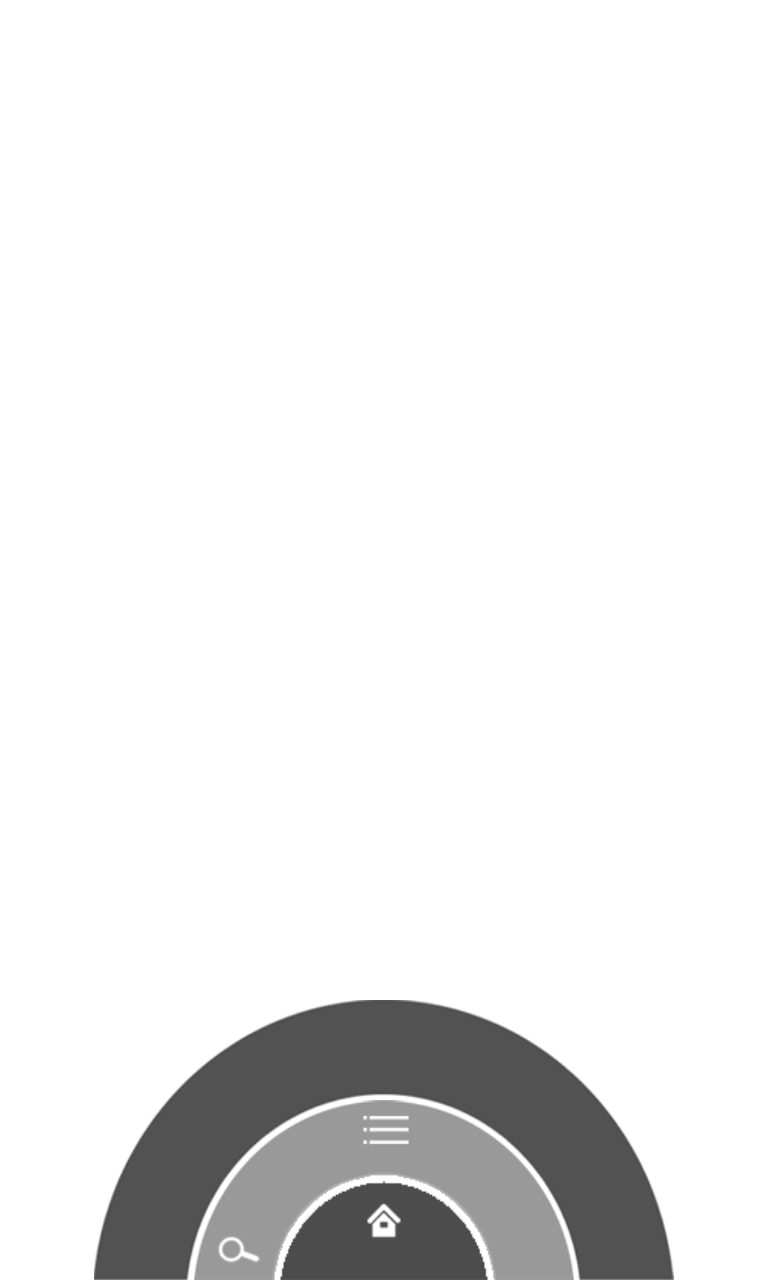
Repository: ASmouse/View
Layout: 02_UkuDemo14/res/layout/activity_main.xml
An editor plug-in stored every save of this project. The layout is shown before and after the next save, followed by the edit.
It is drawn on a 768 x 1280 px phone screen (xhdpi) without system bars, with theme AppTheme; the app's code is not run.

Above is the layout before, as saved 2015-10-24 03:01:05.

After the next save:
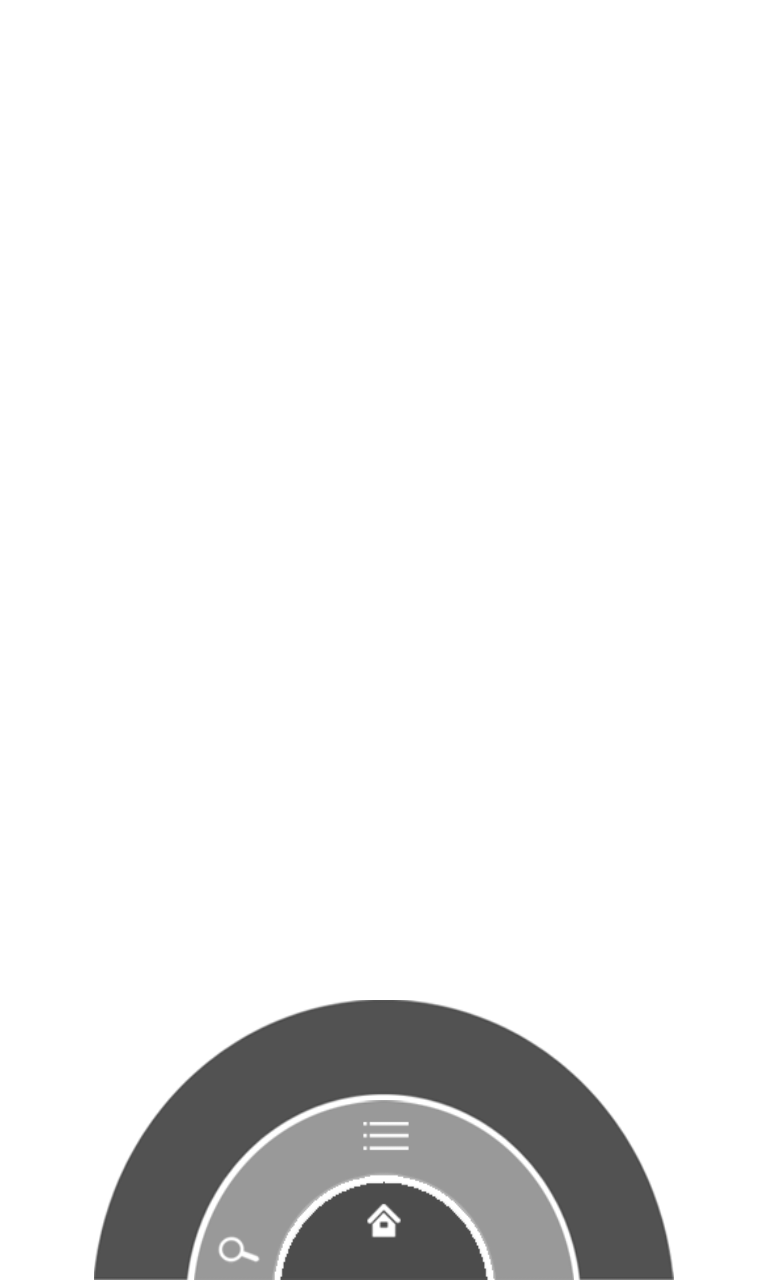
Saved 11 s later.
--- a/02_UkuDemo14/res/layout/activity_main.xml
+++ b/02_UkuDemo14/res/layout/activity_main.xml
@@ -42,6 +42,7 @@
 
         <!--菜单  -->
         <ImageView
+            android:layout_marginTop="3dip"
             android:layout_centerHorizontal="true"
             android:layout_width="wrap_content"
             android:layout_height="wrap_content"
